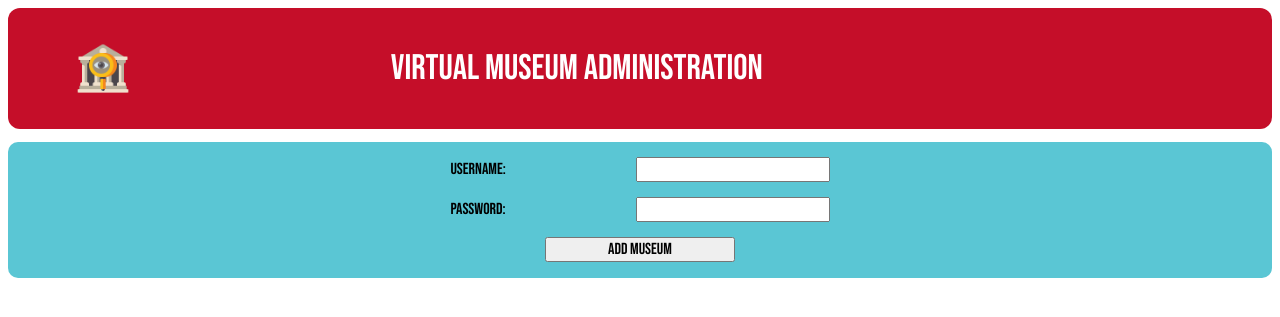
Repository: njegos-dukic/Virtual-Museum
Page: http://localhost/VirtualMuseumAdmin/jsp/Login.jsp
An editor plug-in stored every save of this project. The page is shown before and after the next save, followed by the edit.
The browser window is 1280 px wide. The pictures show the whole page.
The page is served by Tomcat 9.

Above is the page before, as saved 2022-01-06 14:54:45.

After the next save:
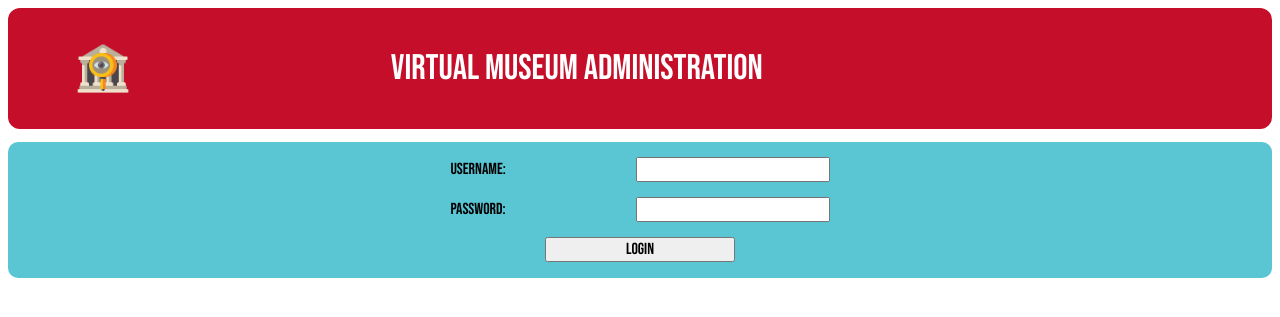
Saved 45 s later.
--- a/VirtualMuseumAdmin/WebContent/jsp/Login.jsp
+++ b/VirtualMuseumAdmin/WebContent/jsp/Login.jsp
@@ -1,21 +1,5 @@
-<%@ page import="org.unibl.etf.virtualmuseum.entities.MuseumEntity"%>
-<%@ page import="org.unibl.etf.virtualmuseum.services.MuseumService"%>
 <%@ page language="java" contentType="text/html; charset=ISO-8859-1" pageEncoding="ISO-8859-1"%>
 
-<%
-    String name = request.getParameter("name");
-	String address = request.getParameter("address");
-	String phone = request.getParameter("phone");
-	String city = request.getParameter("city");
-	String country = request.getParameter("country");
-	String type = request.getParameter("type");
-	String maps = request.getParameter("maps");
-    if(name != null && address != null && phone != null && city != null && country != null && type != null && maps != null) {
-    	MuseumEntity me = new MuseumEntity(0, name, address, phone, city, country, type, maps);
-    	MuseumService.insert(me);
-    	response.sendRedirect("Museums.jsp");
-    }
-%>
 
 <!DOCTYPE html>
 <html lang="en">
@@ -63,7 +47,7 @@
 	                <input class="museum-edit-input-field" name="password" type="text" required>
 	            </div>
 	            <div class="museum-edit-single-input margin-botton-4perc">
-	                <input class="museum-edit-input-field" type="submit" value="Add Museum">
+	                <input class="museum-edit-input-field" type="submit" value="Login">
 	            </div>
 	        </form>
 	    </div>
